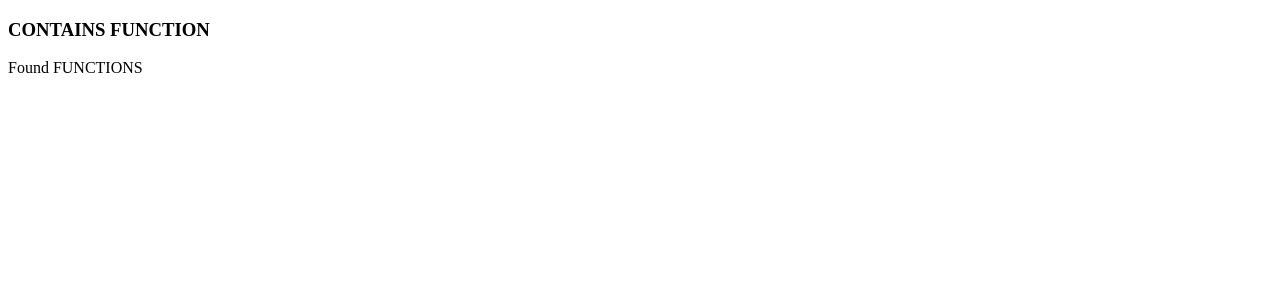
Repository: Siddhant1401/Aurionpro-J2EE
Page: http://localhost/04-JSTL-Tags/JSTLFunctions.jsp
An editor plug-in stored every save of this project. The page is shown before and after a run of saves, followed by the edit.
The browser window is 1280 px wide. The pictures show the whole page.
The page is served by Tomcat 9. Other server files are loaded and not shown.

Above is the page before, as saved 2023-10-13 04:49:59.

### 04-JSTL-Tags/WebContent/JSTLFunctions.jsp
<%@ page language="java" contentType="text/html; charset=ISO-8859-1"
	pageEncoding="ISO-8859-1"%>
<%@ taglib uri="http://java.sun.com/jsp/jstl/core" prefix="c"%>
<%@ taglib uri="http://java.sun.com/jsp/jstl/functions" prefix="fn"%>
<!DOCTYPE html PUBLIC "-//W3C//DTD HTML 4.01 Transitional//EN" "http://www.w3.org/TR/html4/loose.dtd">
<html>
<head>
<meta http-equiv="Content-Type" content="text/html; charset=ISO-8859-1">
<title>JSTL FUNCTIONS</title>
</head>
<body>

	<h3>CONTAINS FUNCTION</h3>
	<c:set var="String" value="Welcome to JSTL FUNCTIONS" />

	<c:if test="${fn:contains(String, 'FUNCTIONS')}">
		<p>Found FUNCTIONS
		<p>
	</c:if>

	<c:if test="${fn:contains(String, 'functions')}">
		<p>Found functions string
		<p>
	</c:if>
</body>
</html>

After the next 3 saves:
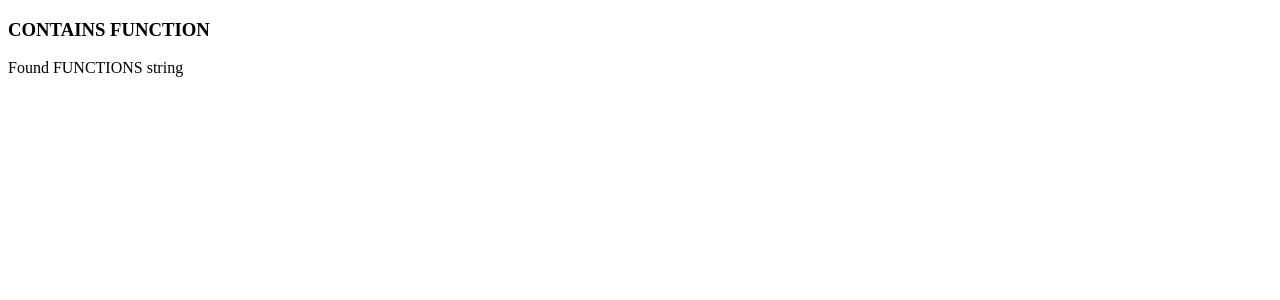
The 3 saves are shown as one change because they came seconds apart.
The last was saved 23 s later.
--- a/04-JSTL-Tags/WebContent/JSTLFunctions.jsp
+++ b/04-JSTL-Tags/WebContent/JSTLFunctions.jsp
@@ -14,13 +14,11 @@
 	<c:set var="String" value="Welcome to JSTL FUNCTIONS" />
 
 	<c:if test="${fn:contains(String, 'FUNCTIONS')}">
-		<p>Found FUNCTIONS
-		<p>
+		<p>Found FUNCTIONS string<p>
 	</c:if>
 
 	<c:if test="${fn:contains(String, 'functions')}">
-		<p>Found functions string
-		<p>
+		<p>Found functions string</p>
 	</c:if>
 </body>
 </html>
